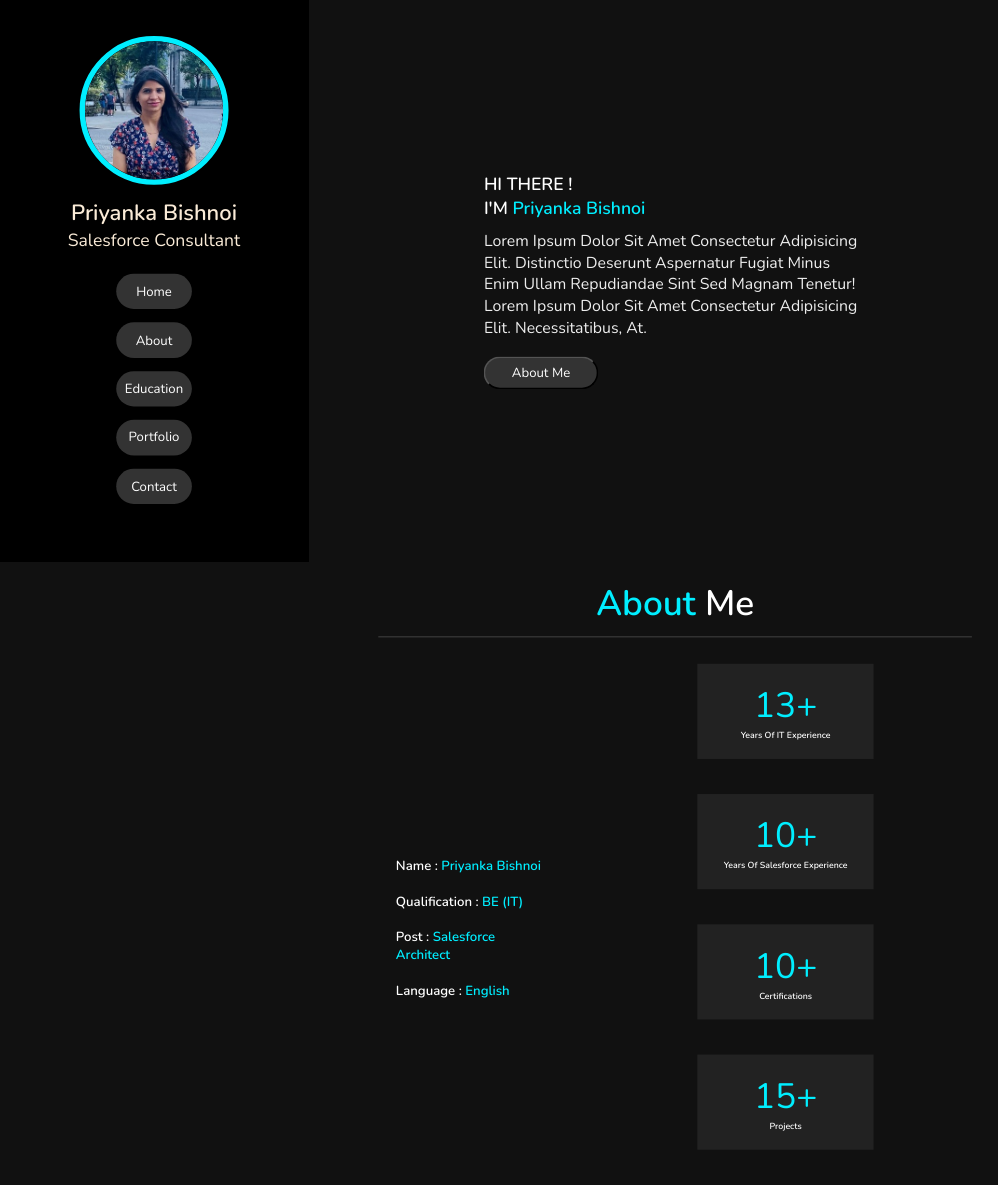
Repository: priyanka-bishnoi/PortfolioPage
Page: MyPage.html
The author's editor kept a copy of each file at every save. The page is drawn from the files as they stood at one save, then again after the next save.
The browser window is 1280 px wide. The pictures show the whole page, at 78% of full size.

Above is the page before, as saved 2022-10-08 23:10:25.

After the next save:
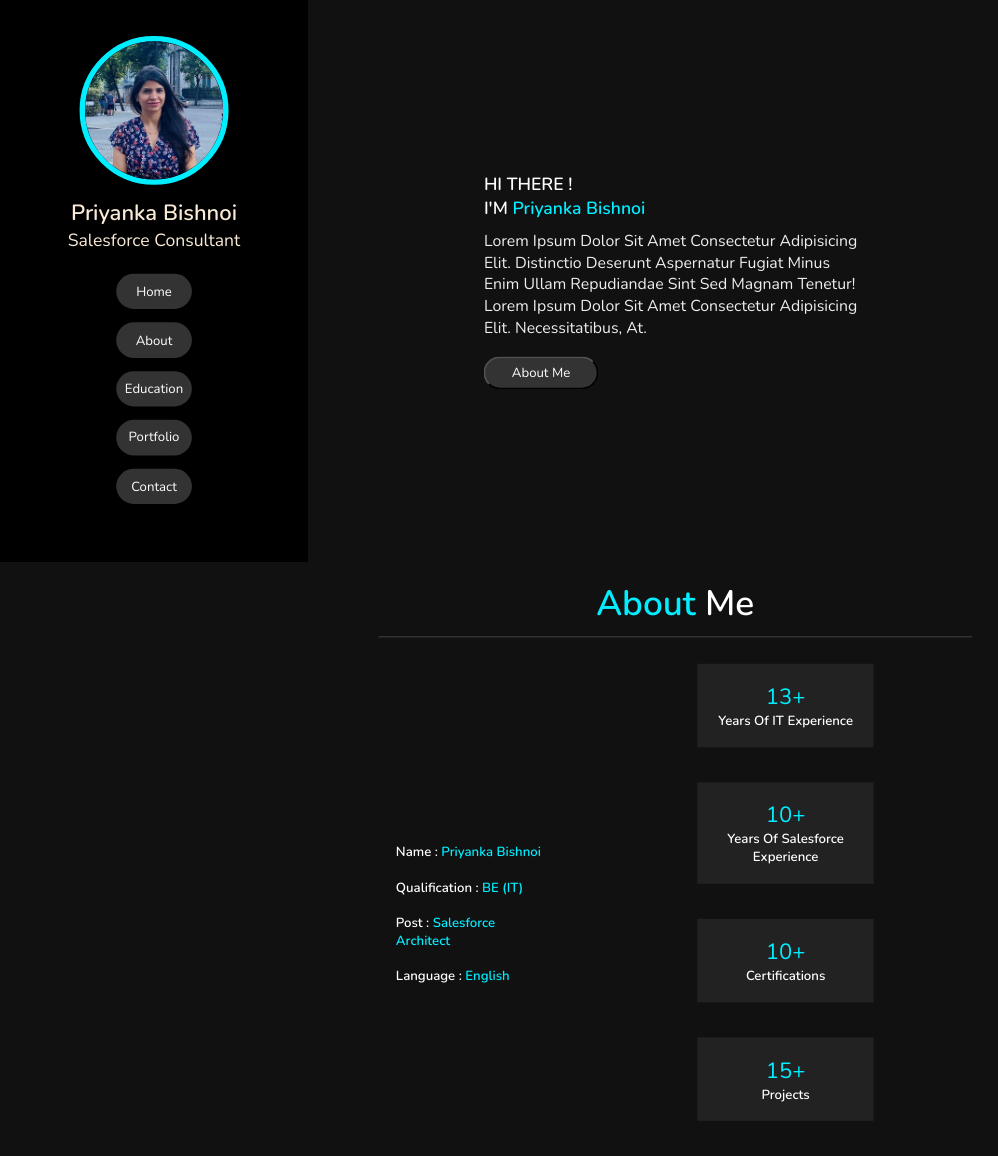
Saved 14 s later.
--- a/css/style.css
+++ b/css/style.css
@@ -191,11 +191,11 @@ header .navBar ul li a:hover{
 }
 
 .about .row .counter .box span{
-    font-size: 4rem;
+    font-size: 2.5rem;
     color:var(--orange);
 }
 
 .about .row .counter .box h3{
-    font-size: 1rem;
-    color:#fff;
-}
+    font-size: 1.5rem;
+    color:#fff;
+}
